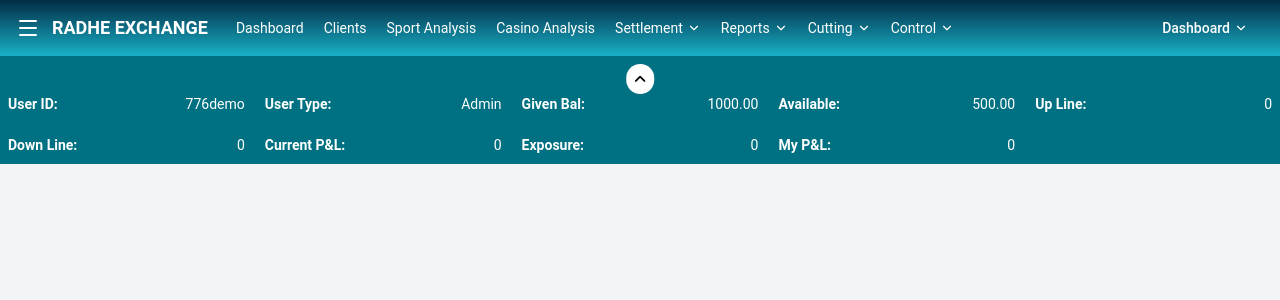
Repository: Habeebur1493/Radhe-Exchange
Page: /dashboard (app in frontend/), after clicking the first element matching `div.cursor-pointer`
The author's editor kept a copy of each file at every save. The page is drawn from the files as they stood at one save, then again after the next save.
The browser window is 1280 px wide. The pictures show the whole page.
Some web libraries are served in a nearby version. The project was rebuilt for these pictures with package versions that can differ from the ones it lists, and the page was loaded fresh each time. Also part of the build but not shown: frontend/vite.config.js, frontend/src/components/login.jsx, frontend/src/components/Register.jsx.

Above is the page before, as saved 2025-03-04 11:08:02.

### frontend/index.html
<!doctype html>
<html lang="en">
  <head>
    <meta charset="UTF-8" />
    <meta name="viewport" content="width=device-width, initial-scale=1.0" />
    <link
    href="https://cdn.jsdelivr.net/npm/remixicon@4.5.0/fonts/remixicon.css"
    rel="stylesheet"
/>
<link rel="stylesheet" href="https://cdnjs.cloudflare.com/ajax/libs/font-awesome/6.7.2/css/all.min.css" integrity="sha512-Evv84Mr4kqVGRNSgIGL/F/aIDqQb7xQ2vcrdIwxfjThSH8CSR7PBEakCr51Ck+w+/U6swU2Im1vVX0SVk9ABhg==" crossorigin="anonymous" referrerpolicy="no-referrer" />
    <title>Radheexch | Admin</title>

  </head>
  <body>
    <div id="root"></div>
    <script type="module" src="/src/main.jsx"></script>
  </body>
</html>

### frontend/src/App.jsx
import React from "react";
import "./App.css";
import { Navigate, Routes, Route } from "react-router-dom";
import Login from "./components/login";
import Register from "./components/Register";
import Dashboard from "./components/dashboard";

const App = () => {
  return (
    <div>
      <Routes>
        <Route path="/" element={<Navigate to="/login" />} />
        <Route path="/login" element={<Login />} />
        <Route path="/register" element={<Register />} />
        <Route path="/dashboard" element={<Dashboard />} />
      </Routes>
    </div>
  );
};

export default App;

### frontend/src/App.css
@import "tailwindcss";

@import url('https://fonts.googleapis.com/css2?family=Roboto:ital,wght@0,100..900;1,100..900&display=swap');

:root {
    --primary-background: linear-gradient(#022d45, #18b0c7);
    --secondary-background: linear-gradient(#5dcbde, #075366);
    --tertiary-background: linear-gradient(#007182, #4ab4c7);
}

.main{
    background: var(--primary-background);
    font-family: "Roboto", sans-serif;
}

.btn{
    background: var(--secondary-background);
    font-family: "Roboto", sans-serif;
}

nav{
    background: var(--primary-background);
    font-family: "Roboto", sans-serif;
    font-size: 14px;
}
.dashboard{
    font-family: "Roboto", sans-serif;
    font-size: 14px;
}

.sidebar{
    background: var(--tertiary-background);
    font-family: "Roboto", sans-serif;
    font-size: 14px;
}

### frontend/src/components/dashboard.jsx
import React, { useState } from "react";
import { Menu, ChevronDown } from "lucide-react";

const Dashboard = () => {
  const [sidebarOpen, setSidebarOpen] = useState(false);
  const [isDropdownOpen, setIsDropdownOpen] = useState(false);
  const [isOpen, setIsOpen] = useState(false);


  return (
    <div className="dashboard min-h-screen bg-gray-100 overflow-x-hidden">
      {/* Navbar */}
      <nav className="bg-[--primary-background] text-white flex items-center h-14 px-4 shadow-md">
        {/* Left Section: Logo & Menu Button */}
        <div className="flex items-center space-x-3">
          <button
            onClick={() => setSidebarOpen(!sidebarOpen)}
            className="text-white"
          >
            <Menu size={24} />
          </button>
          <h1 className="text-lg font-bold">RADHE EXCHANGE</h1>
        </div>

        {/* Navbar Links (Now Closer to H1) */}
        <div className="ml-6 flex items-center">
          <ul className="hidden md:flex space-x-3">
            {["Dashboard", "Clients", "Sport Analysis", "Casino Analysis"].map(
              (item) => (
                <li key={item}>
                  <a
                    href="#"
                    className="h-14 flex items-center px-1 hover:bg-[#18b0c7] transition-all duration-200 ease-in-out"
                  >
                    {item}
                  </a>
                </li>
              )
            )}

            {/* Dropdown Menus */}
            {["Settlement"].map((item) => (
             <li key={item} className="relative group">
             <button className="h-14 flex items-center px-1 hover:bg-[#18b0c7] transition-all duration-200 ease-in-out">
               {item}
               <ChevronDown size={14} className="ml-1" />
             </button>

             {/* Dropdown - Show on Hover but only inside the navbar */}
             <div className="absolute left-0 mt-0 w-40 bg-[#16a2ba] text-white opacity-0 invisible group-hover:opacity-100 group-hover:visible transition-all duration-200 ease-in-out">
               <a href="#" className="block px-4 py-2 hover:bg-[#107a8d] border-b border-gray-500">
                 User
               </a>
               <a href="#" className="block px-4 py-2 hover:bg-[#107a8d]">
                 Master
               </a>
             </div>
           </li>
            ))}
            {/* Dropdown Menus */}
            {["Reports"].map((item) => (
              <li key={item} className="relative group">
                <button className="h-14 flex items-center px-1 hover:bg-[#18b0c7] transition-all duration-200 ease-in-out">
                  {item}
                  <ChevronDown size={14} className="ml-1" />
                </button>

                {/* Dropdown - Show on Hover */}
                <div className="absolute left-0 mt-0 w-40 bg-[#16a2ba] text-white opacity-0 invisible group-hover:opacity-100 group-hover:visible transition-all duration-200 ease-in-out">
                  <a
                    href="#"
                    className="block px-4 py-2 hover:bg-[#107a8d] border-b-1 border-gray-500"
                  >
                    User Detail
                  </a>
                  <a
                    href="#"
                    className="block px-4 py-2 hover:bg-[#107a8d] border-b-1 border-gray-500"
                  >
                    Account Satatement
                  </a>
                  <a
                    href="#"
                    className="block px-4 py-2 hover:bg-[#107a8d]  border-b-1 border-gray-500"
                  >
                    Settlement/Balance Report
                  </a>
                  <a
                    href="#"
                    className="block px-4 py-2 hover:bg-[#107a8d]  border-b-1 border-gray-500"
                  >
                    Transaction Report
                  </a>
                  <a
                    href="#"
                    className="block px-4 py-2 hover:bg-[#107a8d]  border-b-1 border-gray-500"
                  >
                    Current Bets
                  </a>
                  <a
                    href="#"
                    className="block px-4 py-2 hover:bg-[#107a8d]  border-b-1 border-gray-500"
                  >
                    Profit & Loss Report
                  </a>
                  <a
                    href="#"
                    className="block px-4 py-2 hover:bg-[#107a8d]  border-b-1 border-gray-500"
                  >
                    Event Profit & Loss Report
                  </a>
                  <a
                    href="#"
                    className="block px-4 py-2 hover:bg-[#107a8d]  border-b-1 border-gray-500"
                  >
                    Bet History
                  </a>
                  <a
                    href="#"
                    className="block px-4 py-2 hover:bg-[#107a8d]  border-b-1 border-gray-500"
                  >
                    Live Bets
                  </a>
                  <a
                    href="#"
                    className="block px-4 py-2 hover:bg-[#107a8d] border-b-1 border-gray-500"
                  >
                    Sports Revenue
                  </a>
                  <a
                    href="#"
                    className="block px-4 py-2 hover:bg-opacity-50  border-b-1 border-gray-500"
                  >
                    IP lookup
                  </a>
                </div>
              </li>
            ))}
            {/* Dropdown Menus */}
            {["Cutting"].map((item) => (
              <li key={item} className="relative group">
                <button className="h-14 flex items-center px-1 hover:bg-[#18b0c7] transition-all duration-200 ease-in-out">
                  {item}
                  <ChevronDown size={14} className="ml-1" />
                </button>

                {/* Dropdown - Show on Hover */}
                <div className="absolute left-0 mt-0 w-40 bg-[#16a2ba] text-white opacity-0 invisible group-hover:opacity-100 group-hover:visible transition-all duration-200 ease-in-out">
                  <a
                    href="#"
                    className="block px-4 py-2 hover:bg-[#107a8d]  border-b-1 border-gray-500"
                  >
                    Agent Master
                  </a>
                  <a href="#" className="block px-4 py-2 hover:bg-[#107a8d]">
                    Cutting History
                  </a>
                </div>
              </li>
            ))}
            {/* Dropdown Menus */}
            {["Control"].map((item) => (
              <li key={item} className="relative group">
                <button className="h-14 flex items-center px-1 hover:bg-[#18b0c7] transition-all duration-200 ease-in-out">
                  {item}
                  <ChevronDown size={14} className="ml-1" />
                </button>

                {/* Dropdown - Show on Hover */}
                <div className="absolute left-0 mt-0 w-40 bg-[#16a2ba] text-white opacity-0 invisible group-hover:opacity-100 group-hover:visible transition-all duration-200 ease-in-out">
                  <a
                    href="#"
                    className="block px-4 py-2 hover:bg-[#107a8d]  border-b-1 border-gray-500"
                  >
                    Game
                  </a>
                  <a href="#" className="block px-4 py-2 hover:bg-[#107a8d]">
                    Casino
                  </a>
                </div>
              </li>
            ))}
          </ul>
        </div>

        {/* Move Dashboard Dropdown to the Right */}
        <div className="ml-auto">
          <ul className="hidden md:flex text-sm font-medium">
            <li className="relative">
              <button
                onClick={() => setIsDropdownOpen(!isDropdownOpen)}
                className="flex items-center space-x-1 focus:outline-none px-4 h-14"
              >
                <span>Dashboard</span>
                <ChevronDown size={14} />
              </button>

              {/* Dropdown Menu - Shows on Click */}
              {isDropdownOpen && (
                <div className="absolute h-20 right-5 w-40 bg-white text-gray-800 shadow-md rounded-md">
                  <a href="#" className="block px-4 py-2 hover:bg-gray-200">
                    Change Password
                  </a>
                  <a href="#" className="block px-4 py-2 hover:bg-gray-200">
                    Log Out
                  </a>
                </div>
              )}
            </li>
          </ul>
        </div>
      </nav>

      {/* Header */}
      <header className="bg-[#007182] p-2  ">
      {/* Dropdown Toggle */}
      <div
        className="cursor-pointer flex items-center justify-center"
        onClick={() => setIsOpen(!isOpen)}
      >
       <i className={`fa-solid fa-angle-down bg-white text-black font-bold rounded-full p-2 transition-transform ${isOpen ? "rotate-180" : ""}`}></i>


      </div>

      {/* Dropdown Content */}
      {isOpen && (
        <div className="bg-[#007182]  transition-all duration-300">
          <div className="grid grid-cols-5 gap-5 text-white">
            {[
              { label: "User ID", value: "776demo" },
              { label: "User Type", value: "Admin" },
              { label: "Given Bal", value: "1000.00" },
              { label: "Available", value: "500.00" },
              { label: "Up Line", value: "0" },
              { label: "Down Line", value: "0" },
              { label: "Current P&L", value: "0" },
              { label: "Exposure", value: "0" },
              { label: "My P&L", value: "0" },
            ].map((item, index) => (
              <div key={index} className="flex items-center justify-between">
                <label className="font-semibold">{item.label}:</label>
                <span className="ml-2">{item.value}</span>
              </div>
            ))}
          </div>
        </div>
      )}
    </header>

      {/* Sidebar */}
      {sidebarOpen && (
        <div className="sidebar bg-[--tertiary-background] shadow-lg w-60 h-full absolute top-[56px] left-0 p-2">
          <ul className="space-y-2 text-gray-800">
            {[
              "Dashboard",
              "Clients",
              "Sport Analysis",
              "Casino Analysis",
              "Settlement",
              "Reports",
              "Cutting",
              "Control",
            ].map((item) => (
              <li key={item}>
                <a
                  href="#"
                  className="block hover:bg-gray-200 p-2 rounded transition-all duration-200 ease-in-out"
                >
                  {item}
                </a>
              </li>
            ))}
          </ul>
        </div>
      )}
    </div>
  );
};

export default Dashboard;

Loaded but not shown: frontend/src/main.jsx (common file)

After the next save:
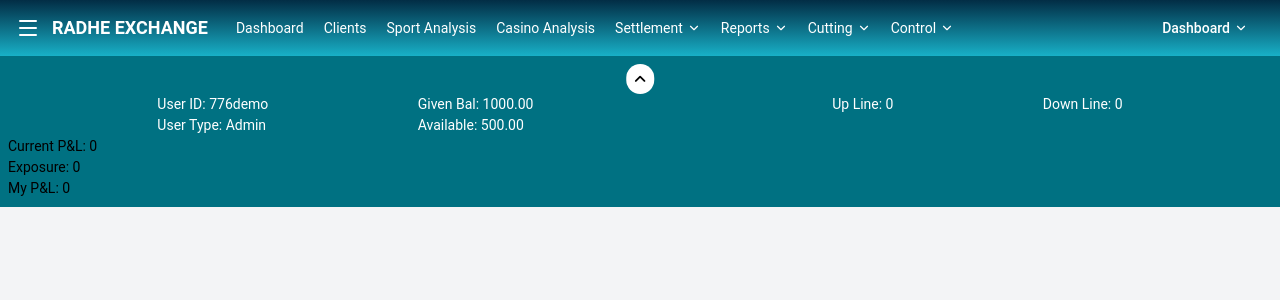
Saved 5 min 6 s later.
--- a/frontend/src/components/dashboard.jsx
+++ b/frontend/src/components/dashboard.jsx
@@ -226,26 +226,30 @@ const Dashboard = () => {
       {/* Dropdown Content */}
       {isOpen && (
         <div className="bg-[#007182]  transition-all duration-300">
-          <div className="grid grid-cols-5 gap-5 text-white">
-            {[
-              { label: "User ID", value: "776demo" },
-              { label: "User Type", value: "Admin" },
-              { label: "Given Bal", value: "1000.00" },
-              { label: "Available", value: "500.00" },
-              { label: "Up Line", value: "0" },
-              { label: "Down Line", value: "0" },
-              { label: "Current P&L", value: "0" },
-              { label: "Exposure", value: "0" },
-              { label: "My P&L", value: "0" },
-            ].map((item, index) => (
-              <div key={index} className="flex items-center justify-between">
-                <label className="font-semibold">{item.label}:</label>
-                <span className="ml-2">{item.value}</span>
-              </div>
-            ))}
+          <div className="flex justify-evenly items center text-white">
+
+            <div className="flex flex-col">
+              <h4>User ID: 776demo</h4>
+              <h4>User Type: Admin</h4>
+            </div>
+            <div className="flex flex-col">
+              <h4>Given Bal: 1000.00</h4>
+              <h4>Available: 500.00</h4>
+            </div>
+            <div className="flex flex-col"></div>
+              <h4>Up Line: 0</h4>
+              <h4>Down Line: 0</h4>
+            </div>
+            <div className="flex flex-col">
+              <h4>Current P&L: 0</h4>
+              <h4>Exposure: 0</h4>
+            </div>
+            <div className="flex flex-col">
+              <h4>My P&L: 0</h4>
+            </div>
           </div>
-        </div>
       )}
+
     </header>
 
       {/* Sidebar */}
